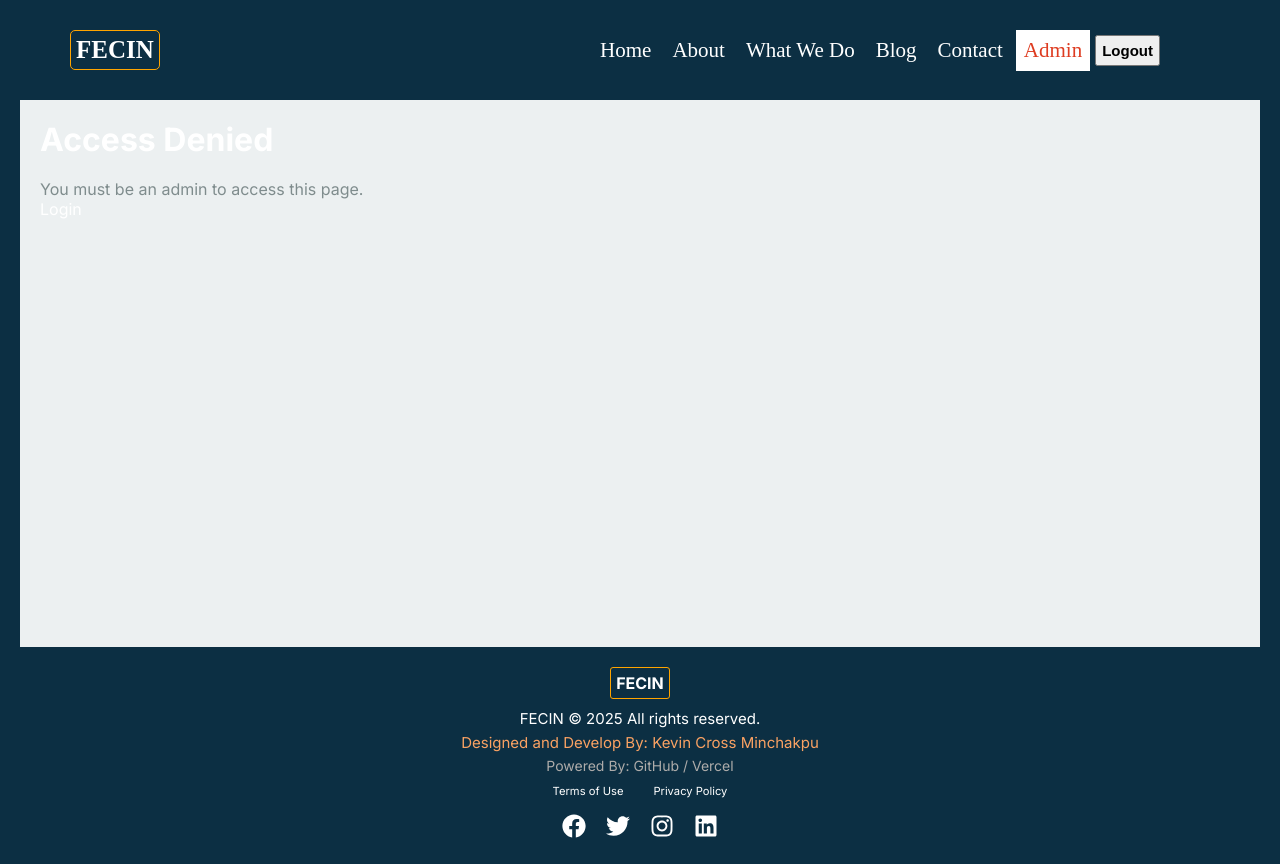
Repository: KCMinchakpu/fecin-projectgs497
Page: /admin
The author's editor kept a copy of each file at every save. The page is drawn from the files as they stood at one save, then again after the next save.
The browser window is 1280 px wide. The pictures show the whole page.
The page's requests for data from a server got no answer. The project was rebuilt for these pictures with package versions that can differ from the ones it lists, and the page was loaded fresh each time. The framework's server and built-in components were replaced by stand-ins that run in the browser. No one was signed in, and anything a server would have sent is missing. Also part of the build but not shown: next.config.mjs.

Above is the page before, as saved 2025-04-12 10:27:40.

After the next save:
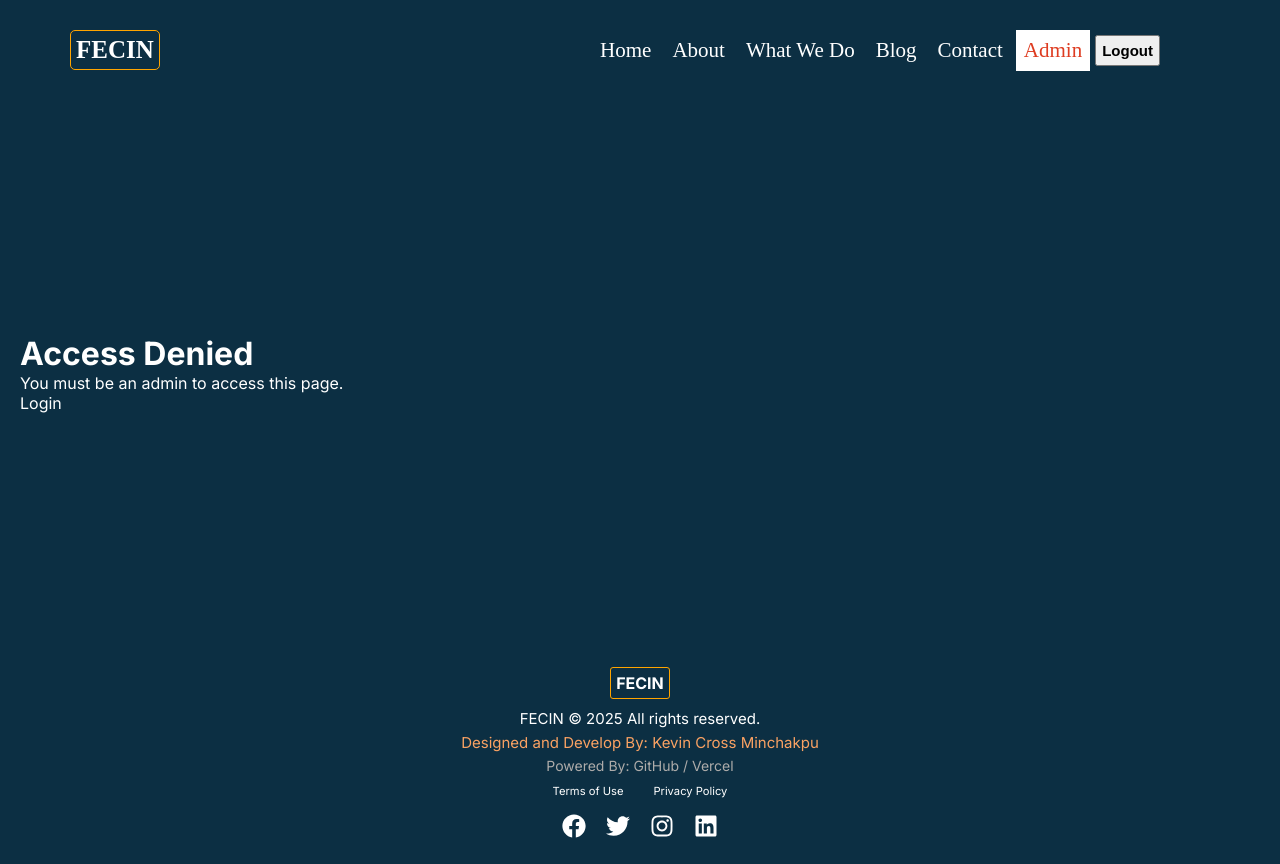
Saved 10 min 40 s later.
--- a/src/app/admin/page.jsx
+++ b/src/app/admin/page.jsx
@@ -10,13 +10,15 @@ const AdminPage = async () => {
   // If there's no session, redirect to login
   if (!session || session.user.role !== "admin") {
     return (
-      <div className={styles.mainContent}>
-        <h1>Access Denied</h1>
-        <p>You must be an admin to access this page.</p>
-        <Link href="/login">Login</Link>
-      </div>
-    );
-  }
+      <div className={styles.centeredContainer}>
+      <h1>Access Denied</h1>
+      <p>You must be an admin to access this page.</p>
+      <Link href="/login" className={styles.loginButton}>
+        Login
+      </Link>
+    </div>
+  );
+}
 
   return (
     <div className={styles.adminContainer}>
